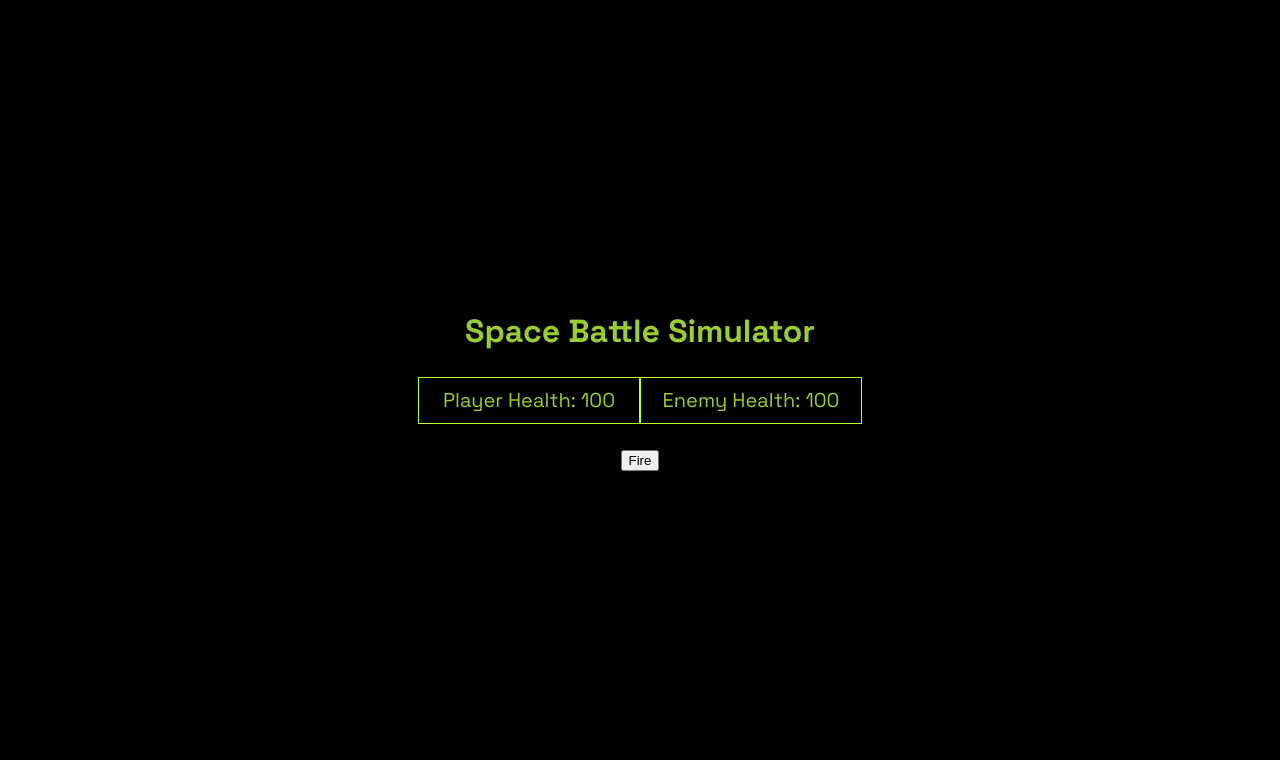
Repository: rmdayberry/Space-Battle
Page: /
These files come from the project's save history. The page is drawn as it stood at one moment and after the next save; the edit follows.
The browser window is 1280 px wide. The pictures show the whole page.
The project was rebuilt for these pictures with package versions that can differ from the ones it lists, and the page was loaded fresh each time. Also part of the build but not shown: vite.config.js, src/App.css.

Above is the page before, as saved 2024-08-24 10:55:40.

### index.html
<!DOCTYPE html>
<html lang="en">
  <head>
    <meta charset="UTF-8" />
    <link rel="icon" type="image/svg+xml" href="/vite.svg" />
    <meta name="viewport" content="width=device-width, initial-scale=1.0" />
    <title>Space Battle</title>
  </head>
  <body>
    <div id="root"></div>
    <script type="module" src="/src/main.jsx"></script>
  </body>
</html>

### src/App.jsx
import { useState } from "react";
import "./App.css";
import "./index.css";
import Health from "./Health";
import GameController from "./GameController";

function App() {
  const [playerHealth, setPlayerHealth] = useState(100);
  const [enemyHealth, setEnemyHealth] = useState(100);
  const [gameStatus, setGameStatus] = useState("playing");

  const handleFire = (playerDamage, enemyDamage) => {
    const newPlayerHealth = Math.max(playerHealth - playerDamage, 0);
    const newEnemyHealth = Math.max(enemyHealth - enemyDamage, 0);

    setPlayerHealth(newPlayerHealth);
    setEnemyHealth(newEnemyHealth);

    if (newPlayerHealth === 0 && newEnemyHealth === 0) {
      setGameStatus("draw");
    } else if (newPlayerHealth === 0) {
      setGameStatus("loss");
    } else if (newEnemyHealth === 0) {
      setGameStatus("win");
    }
  };

  const handleRestart = () => {
    setPlayerHealth(100);
    setEnemyHealth(100);
    setGameStatus("playing");
  };
  return (
    <div>
      <h1>Space Battle Simulator</h1>
      <Health playerHealth={playerHealth} enemyHealth={enemyHealth} />
      <GameController
        gameStatus={gameStatus}
        onFire={handleFire}
        onRestart={handleRestart}
      />
    </div>
  );
}

export default App;

### src/index.css
@import url("https://fonts.googleapis.com/css2?family=Space+Grotesk:wght@300..700&display=swap");

body {
  background-color: black;
  font-family: "Space Grotesk", sans-serif;
  color: yellowgreen;
  margin: 0;
  padding: 20px;
  display: flex;
  justify-content: center;
  align-items: center;
  height: 100vh;
}

#root {
  text-align: center;
}

### src/Health.jsx
import React from "react";
import "./Health.css";

function Health({ playerHealth, enemyHealth }) {
  return (
    <div className="health-display">
      <p className="player-health">Player Health: {playerHealth}</p>
      <p className="enemy-health">Enemy Health: {enemyHealth}</p>
    </div>
  );
}

export default Health;

### src/GameController.jsx
import React from "react";

function GameController({ gameStatus, onFire, onRestart }) {
  const handleFireClick = () => {
    const playerDamage = Math.floor(Math.random() * 10) + 1;
    const enemyDamage = Math.floor(Math.random() * 10) + 1;

    onFire(playerDamage, enemyDamage);
  };
  return (
    <div>
      {gameStatus === "playing" && (
        <button onClick={handleFireClick}>Fire</button>
      )}
      {gameStatus !== "playing" && <button onClick={onRestart}>Restart</button>}
      {gameStatus !== "playing" && <p>{gameStatus.toUpperCase()}!</p>}
    </div>
  );
}

export default GameController;

### src/Health.css
.health-display {
  margin: 20px 0;
  display: flex;
  justify-content: space-around;
}
.health-display p {
  font-size: 20px;
  margin: 5px 0;
}
.player-health {
  border: 1px solid greenyellow;
  padding: 10px;
  width: 200px;
  height: 25px;
  display: flex;
  align-items: center;
  justify-content: center;
  font-size: 20px;
  text-align: left;
}
.enemy-health {
  border: 1px solid greenyellow;
  padding: 10px;
  width: 200px;
  height: 25px;
  display: flex;
  align-items: center;
  justify-content: center;
  font-size: 20px;
  text-align: left;
}

Loaded but not shown: src/main.jsx (common file)

After the next save:
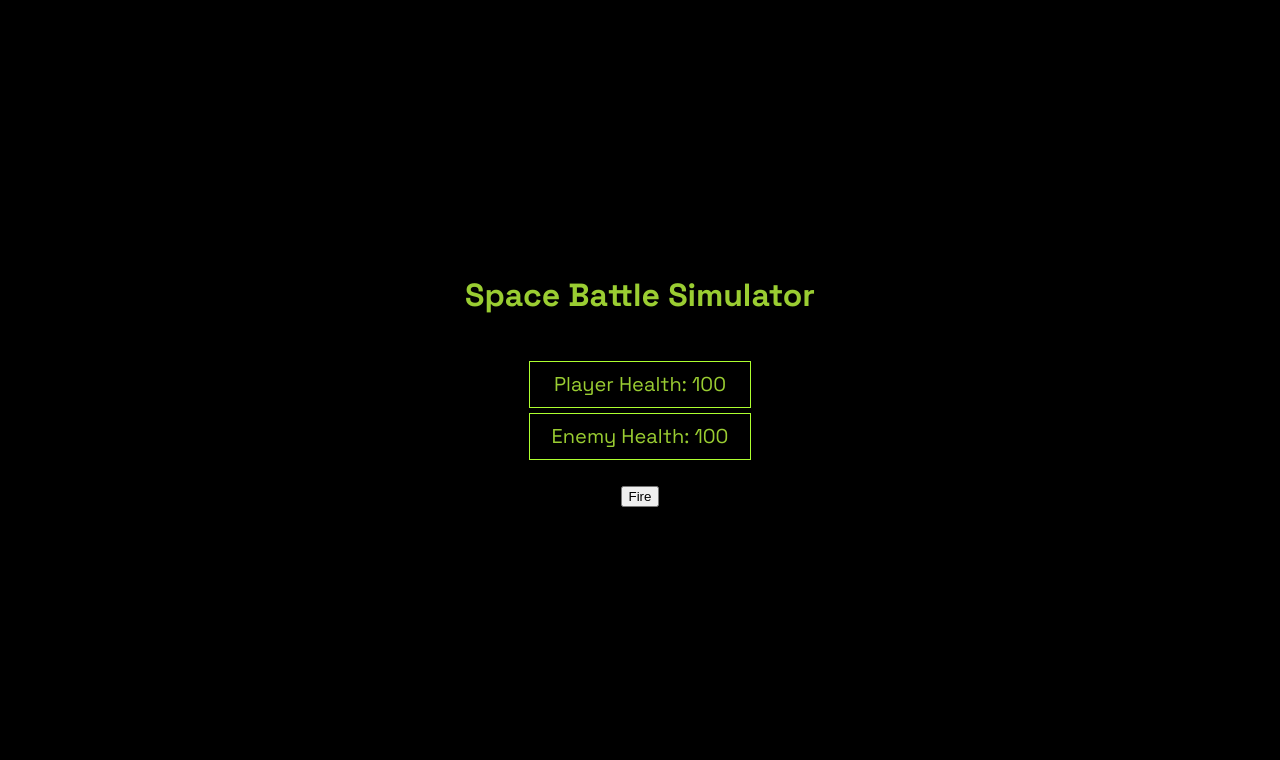
Saved 18 s later.
--- a/src/Health.css
+++ b/src/Health.css
@@ -1,6 +1,6 @@
 .health-display {
   margin: 20px 0;
-  display: flex;
+  display: inline-block;
   justify-content: space-around;
 }
 .health-display p {
